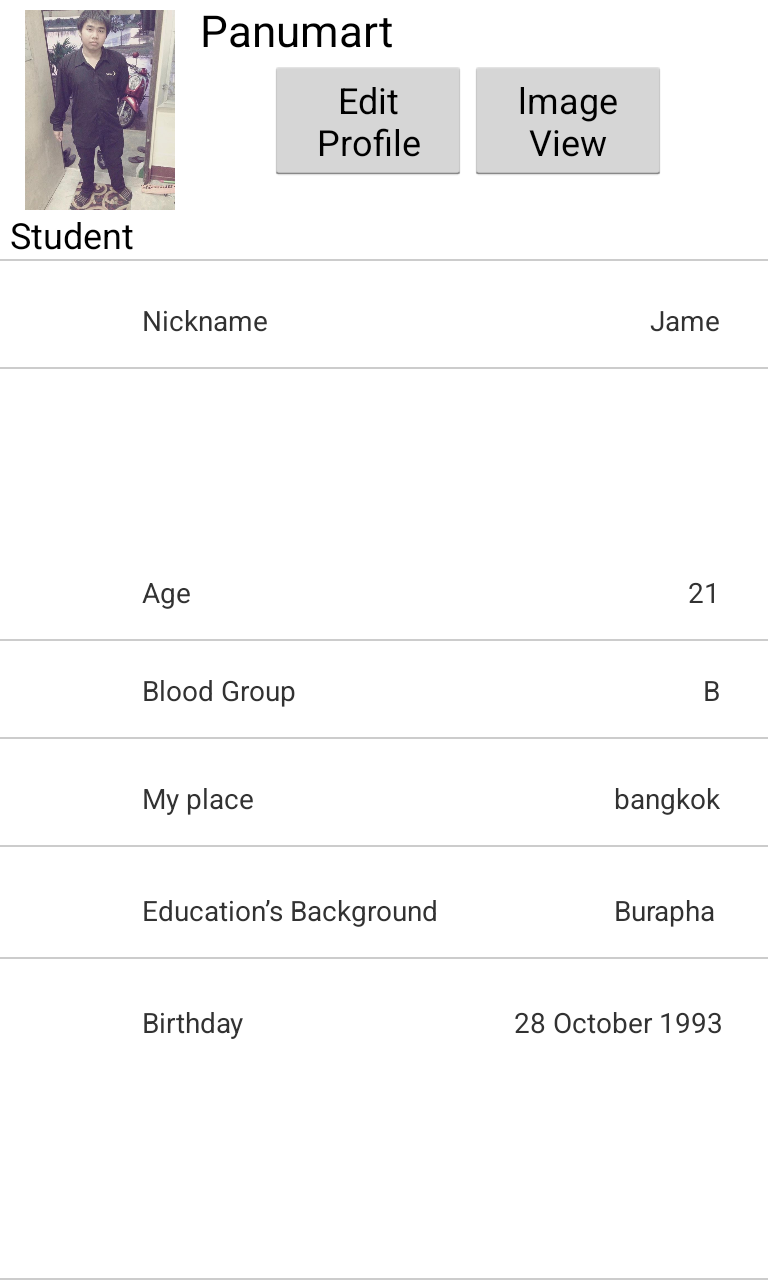
Repository: PanumartThamkawin/Resuma_55410657
Layout: Panu657/res/layout/activity_main.xml
The author's editor kept a copy of each file at every save. The layout is drawn from the files as they stood at one save, then again after the next save.
It is drawn on a 768 x 1280 px phone screen (xhdpi) without system bars, with theme AppTheme; the app's code is not run.

Above is the layout before, as saved 2014-09-01 07:03:04.

After the next save:
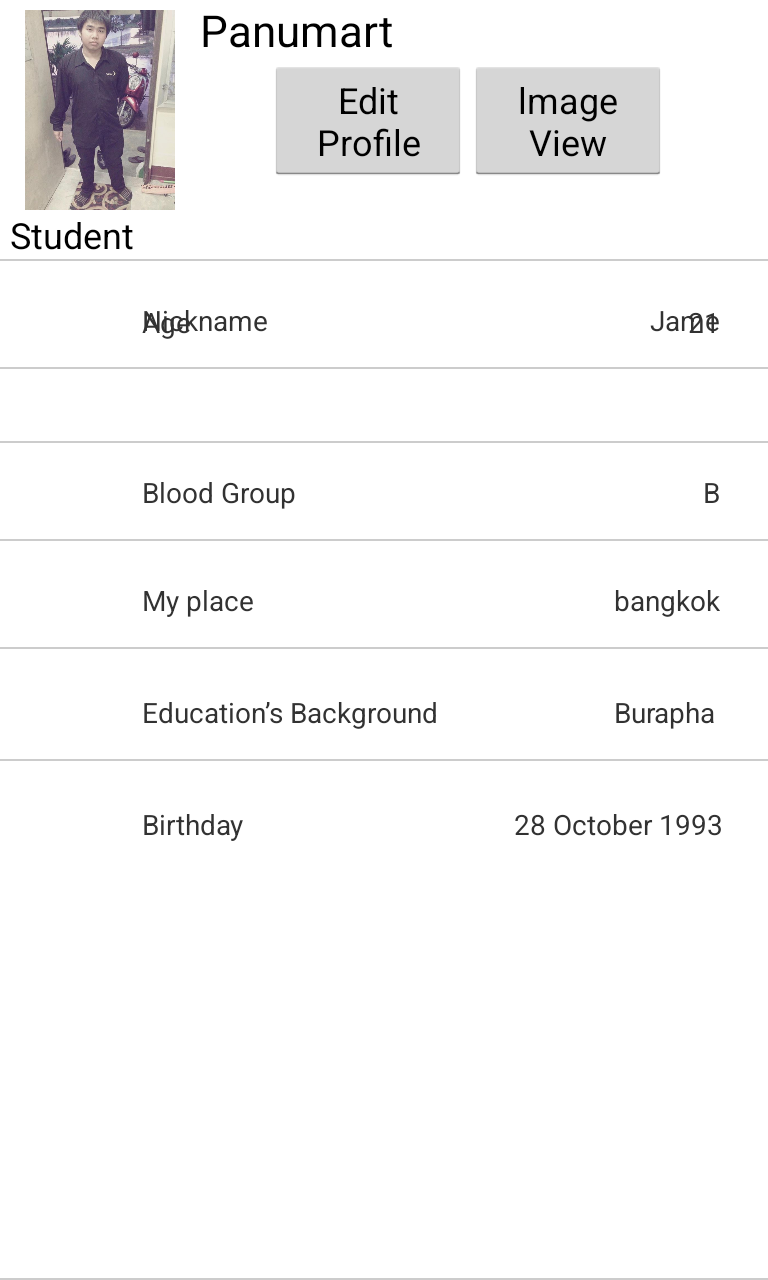
Saved 19 s later.
--- a/Panu657/res/layout/activity_main.xml
+++ b/Panu657/res/layout/activity_main.xml
@@ -151,14 +151,6 @@
         android:layout_marginTop="14dp"
         android:background="#cccccc" />
 
-    <View
-        android:id="@+id/View01"
-        android:layout_width="wrap_content"
-        android:layout_height="1dp"
-        android:layout_alignParentLeft="true"
-        android:layout_centerVertical="true"
-        android:background="#cccccc" />
-
     <TextView
         android:id="@+id/textView7"
         android:layout_width="wrap_content"
@@ -230,4 +222,13 @@
         android:layout_alignRight="@+id/textView12"
         android:text="28 October 1993" />
 
+    <View
+        android:id="@+id/View01"
+        android:layout_width="wrap_content"
+        android:layout_height="1dp"
+        android:layout_alignParentLeft="true"
+        android:layout_below="@+id/view2"
+        android:layout_marginTop="36dp"
+        android:background="#cccccc" />
+
 </RelativeLayout>
